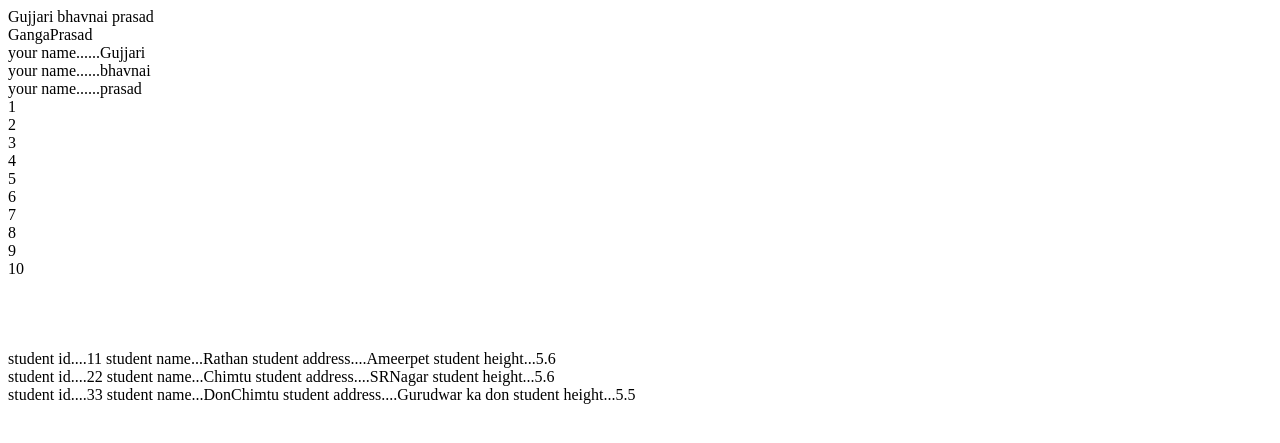
Repository: bpgujjari/Java-Logics
Page: http://localhost/JSTLExample/jstlEx.jsp
The author's editor kept a copy of each file at every save. The page is drawn from the files as they stood at one save, then again after the next save.
The browser window is 1280 px wide. The pictures show the whole page.
The page is served by Tomcat 9.

Above is the page before, as saved 2023-03-10 17:19:43.

### conditional and looping programs/RathanSir/JSTLExample/src/main/webapp/jstlEx.jsp
<%@page import="com.sathya.jstl.Student"%>
<%@page import="java.util.List"%>
<%@ taglib uri="http://java.sun.com/jsp/jstl/core" prefix="c"%>
<%@ page language="java" contentType="text/html; charset=ISO-8859-1"
    pageEncoding="ISO-8859-1"%>
<!DOCTYPE html>
<html>
<head>
<meta charset="ISO-8859-1">
<title>Insert title here</title>
</head>
<body>
<%
Student student;
Student s1=new Student(11,"Rathan","Ameerpet",5.6);
Student s2=new Student(22,"Chimtu","SRNagar",5.6);
Student s3=new Student(33,"DonChimtu","Gurudwar ka don",5.5);
List<Student> students=List.of(s1,s2,s3);
request.setAttribute("students", students);
List <String> names=List.of("Gujjari","bhavnai","prasad");
String name1="GangaPrasad";
request.setAttribute("name1", name1);
request.setAttribute("names",names);
for(String name:names)
{
	out.println(name);
}
%><br>
<c:out value="${name1}"></c:out><br>
<c:forEach var="names" items="${names}">
your name......${names}<br>
</c:forEach>


<c:forEach var="num" begin="1" end="10">
${num }<br>
</c:forEach>
<br><br><br><br>
<c:forEach var="guja" items="${students}">
student id....${guja.id}
student name...${guja.name}
student address....${guja.addr}
student height...${guja.height}
<br>
</c:forEach>
</body>
</html>

### conditional and looping programs/RathanSir/JSTLExample/src/main/java/com/sathya/jstl/Student.java
package com.sathya.jstl;

public class Student {
int id;
String name;
String addr;
double height;


public Student(int id, String name, String addr, double height) {
	this.id = id;
	this.name = name;
	this.addr = addr;
	this.height = height;
}
public int getId() {
	return id;
}
public void setId(int id) {
	this.id = id;
}
public String getName() {
	return name;
}
public void setName(String name) {
	this.name = name;
}
public String getAddr() {
	return addr;
}
public void setAddr(String addr) {
	this.addr = addr;
}
public double getHeight() {
	return height;
}
public void setHeight(double height) {
	this.height = height;
}

}

After the next save:
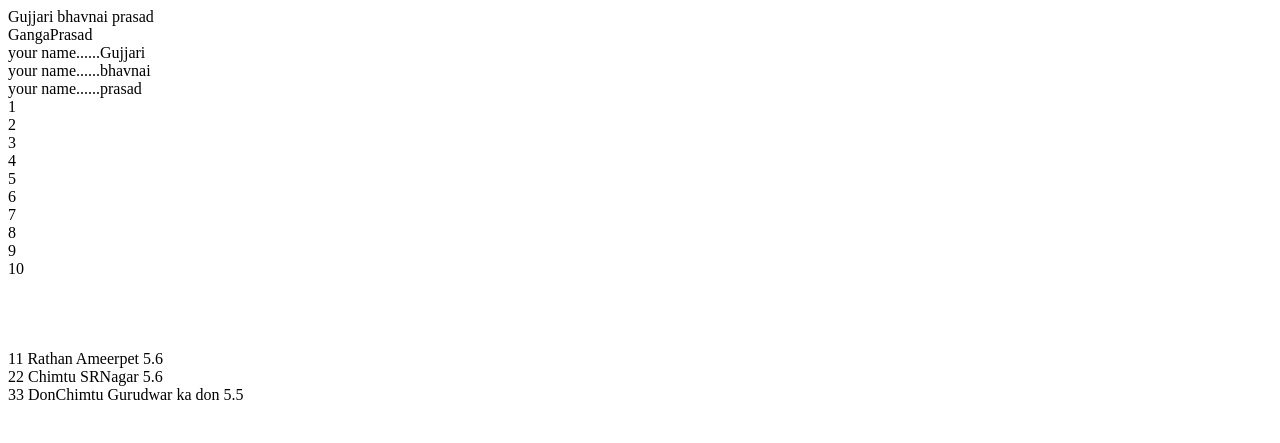
Saved 9 min 25 s later.
--- a/conditional and looping programs/RathanSir/JSTLExample/src/main/webapp/jstlEx.jsp
+++ b/conditional and looping programs/RathanSir/JSTLExample/src/main/webapp/jstlEx.jsp
@@ -37,10 +37,10 @@ ${num }<br>
 </c:forEach>
 <br><br><br><br>
 <c:forEach var="guja" items="${students}">
-student id....${guja.id}
-student name...${guja.name}
-student address....${guja.addr}
-student height...${guja.height}
+${guja.id}
+${guja.name}
+${guja.addr}
+${guja.height}
 <br>
 </c:forEach>
 </body>
